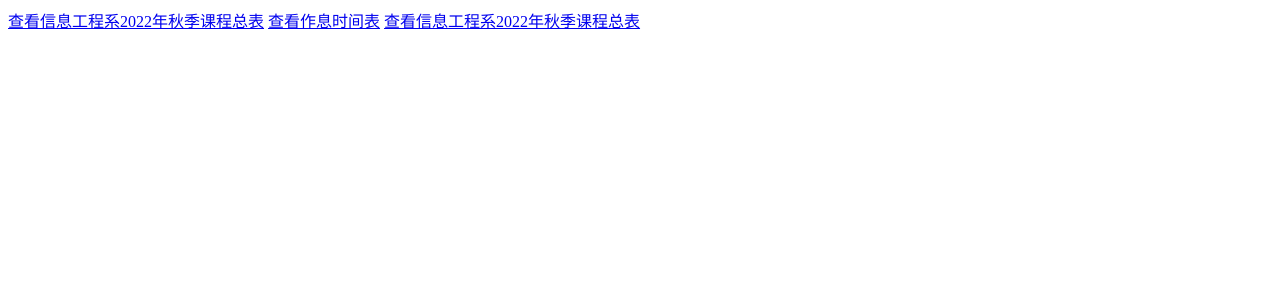
Repository: teacherlonglong/teacherlonglong.github.io
Page: index.html
An editor plug-in stored every save of this project. The page is shown before and after the next save, followed by the edit.
The browser window is 1280 px wide. The pictures show the whole page.

Above is the page before, as saved 2022-09-13 17:00:51.

After the next save:
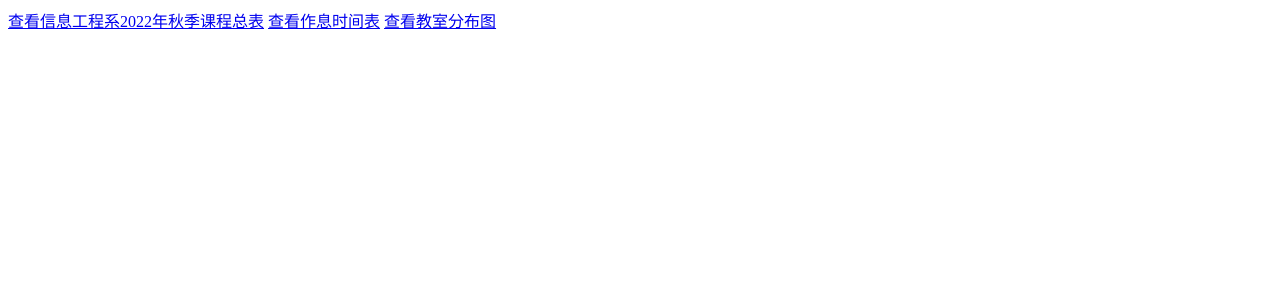
Saved 7 s later.
--- a/index.html
+++ b/index.html
@@ -7,7 +7,7 @@
 <body>
     <a href="./信息工程系2022年秋季课程总表.htm">查看信息工程系2022年秋季课程总表</a>
     <a href="./作息时间表.htm">查看作息时间表</a>
-    <a href="./教室分布图.htm">查看信息工程系2022年秋季课程总表</a>
+    <a href="./教室分布图.htm">查看教室分布图</a>
 </body>
 
 </html>
